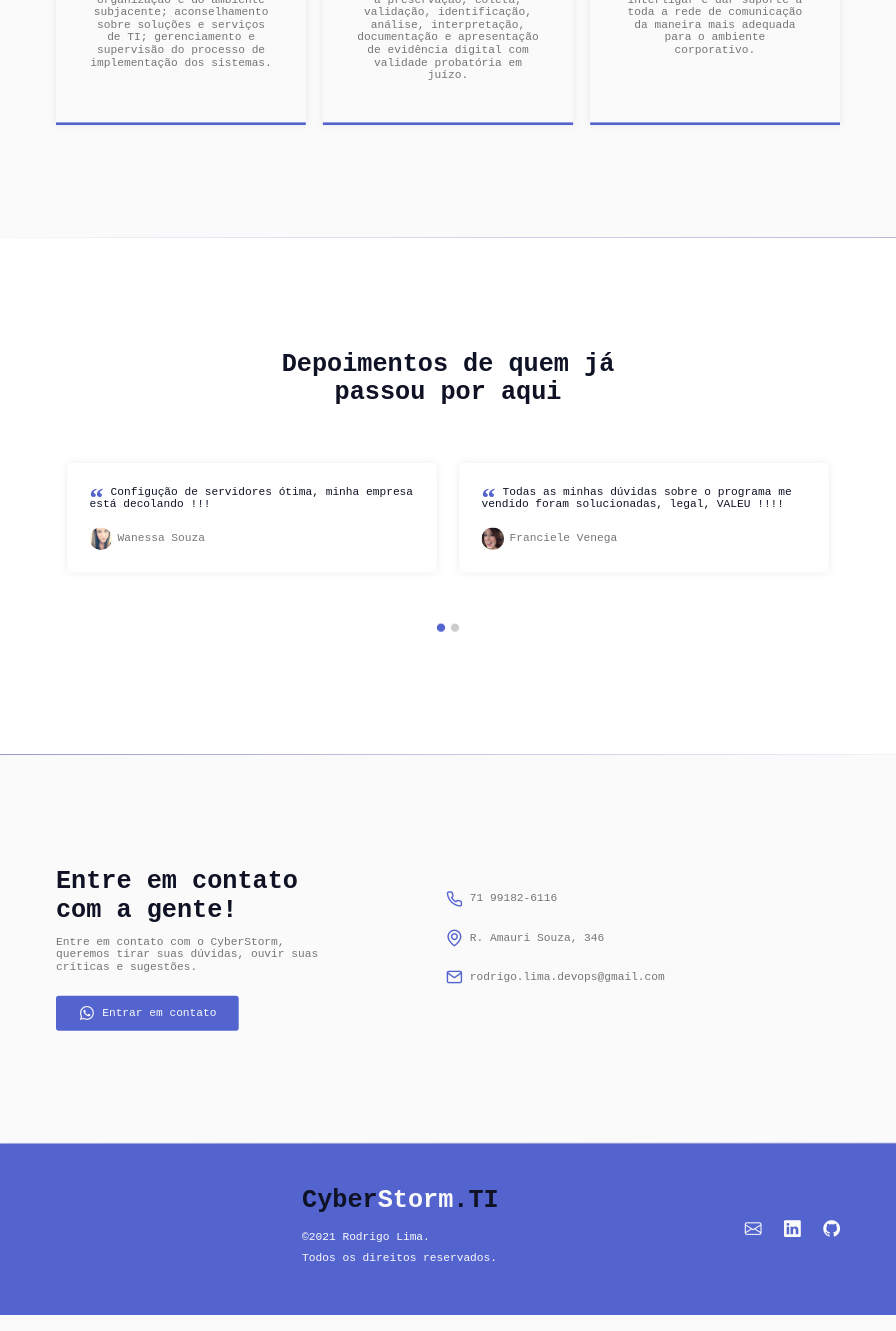
Repository: optydeviocourses/CstiRoot
Page: index.html
The author's editor kept a copy of each file at every save. The page is drawn from the files as they stood at one save, then again after a run of saves.
The browser window is 1280 px wide. The pictures show the part of the page from y = 2032 to 3952 px (the page is 3933 px tall before and 3952 px after), at 70% of full size.
A picture or video elsewhere on the page could not be fetched, so the positions and the page height are approximate. Some web fonts or font styles are not loaded; a fallback is used.

Above is the page before, as saved 2021-07-01 14:06:41.

### index.html
<!DOCTYPE html>
<html lang="pt_BR">
  <head>
    <!-- PAGE INFO -->
    <meta charset="UTF-8" />
    <meta name="viewport" content="width=device-width, initial-scale=1.0" />
    <title>CSTI</title>
    <link rel="shortcut icon" href="cpu.ico">
    <!-- Icones -->
    <link rel="stylesheet" href="assets/fonts/style.css" />
    <link rel="stylesheet" href="path/to/font-awesome/css/font-awesome.min.css">
    <link rel="stylesheet" href="https://cdn.jsdelivr.net/npm/bootstrap-icons@1.5.0/font/bootstrap-icons.css">

    <!-- Swiper -->
    <link
      rel="stylesheet"
      href="https://unpkg.com/swiper/swiper-bundle.min.css"
    />

    <!-- STYLES -->
    <link rel="stylesheet" href="style.css" />

    <!-- Fonts -->
    <link rel="preconnect" href="https://fonts.googleapis.com">
<link rel="preconnect" href="https://fonts.gstatic.com" crossorigin>
<link href="https://fonts.googleapis.com/css2?family=Share+Tech+Mono&display=swap" rel="stylesheet">

    />
  </head>
  <body>
    <header id="header">
      <nav class="container">
        <a class="logo" href="#">Cyber<span>Storm</span>.TI</a>
        <!-- menu -->
        <div class="menu">
          <ul class="grid">
            <li><a class="title" href="#home">Início</a></li>
            <li><a class="title" href="#about">Sobre</a></li>
            <li><a class="title" href="#services">Serviços</a></li>
            <li><a class="title" href="#testimonials">Depoimentos</a></li>
            <li><a class="title" href="#contact">Contato</a></li>
          </ul>
        </div>
        <!-- /menu -->
        <div class="toggle icon-menu"></div>
        <div class="toggle icon-close"></div>
      </nav>
    </header>

    <main>
      <!-- HOME -->
      <section class="section" id="home">
        <div class="container grid">
          <div class="image">
            <img
            src="https://cdn.pixabay.com/photo/2014/05/02/21/50/home-office-336377_960_720.jpg"
            alt="Computador com café, celular e caderninho sobre uma mesa marrom"
            />
          </div>
          <div class="text">
            <h2 class="title">Bem-vindos à era cognitiva</h2>
            <h1>make.believe</h1>
            <p>
              Empresa exclusiva no Rio Grande Do Sul. Especializada em :Consultorias, Pericia, Infraestrutura e outros.
            </p>
            <a class="button" href="https://forms.gle/6sGUk8aHraSSsFTDA">Agendar um horário</a>
          </div>
        </div>
      </section>

      <div class="divider-1"></div>

      <!-- ABOUT -->
      <section class="section" id="about">
        <div class="container grid">
          <div class="image">
            <img
              src="https://cdn.pixabay.com/photo/2015/02/02/11/08/office-620817_960_720.jpg"
              alt="Sobre a empresa"
            />
          </div>
          <div class="text">
            <h2 class="title">Sobre nós</h2>
            <p>
              Em Junho de 2021 a CYber<span>Strom</span> TI iniciou as suas atividades. Pequena e nova no mercado, a conquista dos primeiros clientes se deu através de um atendimento singular personalizado. Neste início, oferecíamos os serviços de Consultoria, Pericia, Infraestrutura e outros serviços. Sempre preocupados com a satisfação de nossos clientes. Os primeiros anos foram de árdua dedicação para construir o website da startup, logo depois uma empresa sólida e diferenciada em um mercado altamente competitivo.
            </p>
           <!-- <br />
            <p>
             Resumo - About us
            </p>
            <br />
            <p>
             Resumo 2 - about us
            </p>
            <br />
            <p>
              Resumo 3 - about us
            </p> -->
          </div>
        </div>
      </section>

      <div class="divider-2"></div>

      <!-- SERVICES -->
      <section class="section" id="services">
        <div class="container grid">
          <header>
            <h2 class="title">Serviços</h2>
            <p class="subtitle">
              Com mais de 10 anos no mercado, o <strong>Cyber<span>Storm</span></strong> já
              conquistou clientes de inúmeros Estados do Brasil com seus serviços
              exclusivos e totalmente profissionais.
            </p>
          </header>
          <div class="cards grid">
            <div class="card">
              <i class="bi-card-text"></i>
              <h3 class="title">Consultoria</h3>
              <p>
                consultoria de TI ajuda as organizações em aspectos como: compreensão e análise dos requisitos de TI da organização e do ambiente subjacente; aconselhamento sobre soluções e serviços de TI; gerenciamento e supervisão do processo de implementação dos sistemas.
              </p>
            </div>
            <div class="card">
              <i class="bi-search"></i>
              <h3 class="title">Pericia</h3>
              <p>
                Computação Forense e Perícia Digital, que consiste basicamente no uso de métodos científicos para a preservação, coleta, validação, identificação, análise, interpretação, documentação e apresentação de evidência digital com validade probatória em juízo.
              </p>
            </div>
            <div class="card">
              <i class="bi-hdd-network"></i>
              <h3 class="title">Infraestrutura</h3>
              <p>
                Instalação planejada e correta do cabeamento e dos equipamentos. Isso é feito com o objetivo de conectar, interligar e dar suporte a toda a rede de comunicação da maneira mais adequada para o ambiente corporativo.
              </p>
            </div>
          </div>
        </div>
      </section>

      <div class="divider-1"></div>

      <!-- TESTIMONIALS -->
      <section class="section" id="testimonials">
        <div class="container">
          <header>
            <h2 class="title">Depoimentos de quem já passou por aqui</h2>
          </header>
          <div class="testimonials swiper-container">
            <div class="swiper-wrapper">
              <div class="testimonial swiper-slide">
                <blockquote>
                  <p>
                    <span>&ldquo;</span>
                    Configução de servidores ótima, minha empresa está decolando !!!
                  </p>
                  <cite>
                    <img
                      src="assets/fotos/10.jpeg"
                      alt="Foto de Wanessa Souza"
                    />
                    Wanessa Souza
                  </cite>
                </blockquote>
              </div>

              <div class="testimonial swiper-slide">
                <blockquote>
                  <p>
                    <span>&ldquo;</span>
                    Todas as minhas dúvidas sobre o programa me vendido foram solucionadas, legal, VALEU !!!!
                  </p>
                  <cite>
                    <img
                      src="assets/fotos/56.jpeg"
                      alt="Foto de Franciele Venega"
                    />
                    Franciele Venega
                  </cite>
                </blockquote>
              </div>

              <div class="testimonial swiper-slide">
                <blockquote>
                  <p>
                    <span>&ldquo;</span>
                    Consegui reculperar meu arquivos que sem quer coloquei na lixeira e deletei. Não sabia que arquivos deletados da lixeira poeria ser reculperado
                  </p>
                  <cite>
                    <img
                      src="assets/fotos/26.jpeg"
                      alt="Fotos de Valeska Fabris"
                    />
                    Valeska Fabris
                  </cite>
                </blockquote>
              </div>
            </div>

            <!-- If we need pagination -->
            <div class="swiper-pagination"></div>
          </div>
        </div>
      </section>

      <div class="divider-2"></div>

      <!-- CONTACT -->
      <section class="section" id="contact">
        <div class="container grid">
          <div class="text">
            <h2 class="title">Entre em contato com a gente!</h2>
            <p>
              Entre em contato com o Cyber<span>Storm</span>, queremos tirar suas dúvidas,
              ouvir suas críticas e sugestões.
            </p>
            <a
              href="https://api.whatsapp.com/send?phone=+5571991826116&text=Oi! Gostaria de agendar um horário"
              class="button"
              target="_blank"
              ><i class="icon-whatsapp"></i> Entrar em contato</a
            >
          </div>

          <div class="links">
            <ul class="grid">
              <li><i class="icon-phone"></i> 71 99182-6116</li>
              <li><i class="icon-map-pin"></i> R. Amauri Souza, 346</li>
              <li><i class="icon-mail"><a href"rodrigo.lima.devops@gmail.com"></i> rodrigo.lima.devops@gmail.com</li><a/>
            </ul>
          </div>
        </div>
      </section>

      <div class="divider-1"></div>
    </main>

    <footer class="section">
      <div class="container grid">
        <div class="brand">
          <a class="logo logo-alt" href="#home">Cyber<span>Storm</span>.TI</a>
          <p>©2021 Rodrigo Lima.</p>
          <p>Todos os direitos reservados.</p>
        </div>

        <div class="social grid">
          <a href="https://mail.google.com/mail/u/0/#inbox" target="_blank">
            <i class="bi bi-envelope"></i>
          </a>
          <a href="www.linkedin.com/in/hrodrick" target="_blank">
            <i class="bi bi-linkedin"></i
          ></a>
          <a href="https://github.com/blogup" target="_blank"
            ><i class="bi bi-github"></i
          ></a>
        </div>
      </div>
    </footer>

    <a href="#home" class="back-to-top"><i class="icon-arrow-up"></i></a>

    <!-- swiper -->
    <script src="https://unpkg.com/swiper/swiper-bundle.min.js"></script>

    <!-- scrollreveal -->
    <script src="https://unpkg.com/scrollreveal"></script>

    <!-- main.js -->
    <script src="main.js"></script>
  </body>
</html>

### style.css
/*====  RESET ============================ */
* {
  margin: 0;
  padding: 0;
  box-sizing: border-box;
}

ul {
  list-style: none;
}

a {
  text-decoration: none;
}

img {
  width: 100%;
  height: auto;
}

/*====  VARIABLES ============================ */
:root {
  --header-height: 4.5rem;

  /* colors */
  --hue: 232;
  /* HSL color mode */
  --base-color: hsl(var(--hue) 56% 57%);
  --base-color-second: hsl(var(--hue) 65% 88%);
  --base-color-alt: hsl(var(--hue) 57% 53%);
  --title-color: hsl(var(--hue) 41% 10%);
  --text-color: hsl(0 0% 46%);
  --text-color-light: hsl(0 0% 98%);
  --body-color: hsl(0 0% 98%);

  /* fonts */
  --title-font-size: 1.875rem;
  --subtitle-font-size: 1rem;

  --title-font: 'Share Tech', monospace;;
  --body-font: 'Share Tech Mono', monospace;;
}

/*===  BASE ============================ */
html {
  scroll-behavior: smooth;
}

body {
  font: 400 1rem var(--body-font);
  color: var(--text-color);
  background: var(--body-color);
  -webkit-font-smoothing: antialiased;
}

.title {
  font: 700 var(--title-font-size) var(--title-font);
  color: var(--title-color);
  -webkit-font-smoothing: auto;
}

.button {
  background-color: var(--base-color);
  color: var(--text-color-light);
  height: 3.5rem;
  display: inline-flex;
  align-items: center;
  padding: 0 2rem;
  border-radius: 0.25rem;
  font: 500 1rem var(--body-font);
  transition: background 0.3s;
}

.button:hover {
  background: var(--base-color-alt);
}

.divider-1 {
  height: 1px;
  background: linear-gradient(
    270deg,
    hsla(var(--hue), 36%, 57%, 1),
    hsla(var(--hue), 65%, 88%, 0.34)
  );
}

.divider-2 {
  height: 1px;
  background: linear-gradient(
    270deg,
    hsla(var(--hue), 65%, 88%, 0.34),
    hsla(var(--hue), 36%, 57%, 1)
  );
}

/*====  LAYOUT ============================ */
.container {
  margin-left: 1.5rem;
  margin-right: 1.5rem;
}

.grid {
  display: grid;
  gap: 2rem;
}

.section {
  padding: calc(5rem + var(--header-height)) 0;
}

.section .title {
  margin-bottom: 1rem;
}

.section .subtitle {
  font-size: var(--subtitle-font-size);
}

.section header {
  margin-bottom: 4rem;
}

.section header strong {
  color: var(--base-color);
}

#header {
  border-bottom: 1px solid #e4e4e4;
  margin-bottom: 2rem;
  display: flex;

  position: fixed;
  top: 0;
  left: 0;
  z-index: 100;
  background-color: var(--body-color);
  width: 100%;
}

#header.scroll {
  box-shadow: 0px 0px 12px rgba(0, 0, 0, 0.15);
}

/*====  LOGO ============================ */
.logo {
  font: 700 1.31rem var(--title-font);
  color: var(--title-color);
}

.logo span {
  color: var(--base-color);
}

.logo-alt span {
  color: var(--body-color);
}

/*====  NAVIGATION ============================ */
nav {
  height: var(--header-height);
  display: flex;
  align-items: center;
  justify-content: space-between;
  width: 100%;
}

nav ul li {
  text-align: center;
}

nav ul li a {
  transition: color 0.2s;
  position: relative;
}

nav ul li a:hover,
nav ul li a.active {
  color: var(--base-color);
}

nav ul li a::after {
  content: '';
  width: 0%;
  height: 2px;
  background: var(--base-color);

  position: absolute;
  left: 0;
  bottom: -1.5rem;

  transition: width 0.2s;
}

nav ul li a:hover::after,
nav ul li a.active::after {
  width: 100%;
}

nav .menu {
  opacity: 0;
  visibility: hidden;
  top: -20rem;
  transition: 0.2s;
}

nav .menu ul {
  display: none;
}

/* Mostrar menu */
nav.show .menu {
  opacity: 1;
  visibility: visible;

  background: var(--body-color);

  height: 100vh;
  width: 100vw;

  position: fixed;
  top: 0;
  left: 0;

  display: grid;
  place-content: center;
}

nav.show .menu ul {
  display: grid;
}

nav.show ul.grid {
  gap: 4rem;
}

/* toggle menu */
.toggle {
  color: var(--base-color);
  font-size: 1.5rem;
  cursor: pointer;
}

nav .icon-close {
  visibility: hidden;
  opacity: 0;

  position: absolute;
  top: -1.5rem;
  right: 1.5rem;

  transition: 0.2s;
}

nav.show div.icon-close {
  visibility: visible;
  opacity: 1;
  top: 1.5rem;
}

/*====  HOME ============================ */
#home {
  overflow: hidden;
}

#home .container {
  margin: 0;
}

#home .image {
  position: relative;
}

#home .image::before {
  content: '';
  height: 100%;
  width: 100%;
  background: var(--base-color-second);
  position: absolute;
  top: -16.8%;
  left: 16.7%;
  z-index: 0;
}

#home .image img {
  position: relative;
  right: 2.93rem;
}

#home .image img,
#home .image::before {
  border-radius: 0.25rem;
}

#home .text {
  margin-left: 1.5rem;
  margin-right: 1.5rem;
  text-align: center;
}

#home .text h1 {
  margin-bottom: 1rem;
}

#home .text p {
  margin-bottom: 2rem;
}

/*====  ABOUT ============================ */
#about {
  background: white;
}

#about .container {
  margin: 0;
}

#about .image {
  position: relative;
}

#about .image::before {
  content: '';
  height: 100%;
  width: 100%;
  background: var(--base-color-second);
  position: absolute;
  top: -8.3%;
  left: -33%;
  z-index: 0;
}

#about .image img {
  position: relative;
}

#about .image img,
#about .image::before {
  border-radius: 0.25rem;
}

#about .text {
  margin-left: 1.5rem;
  margin-right: 1.5rem;
}

/*====  SERVICES ============================ */
.cards.grid {
  gap: 1.5rem;
}

.card {
  padding: 3.625rem 2rem;
  box-shadow: 0px 0px 12px rgba(0, 0, 0, 0.08);
  border-bottom: 0.25rem solid var(--base-color);
  border-radius: 0.25rem 0.25rem 0 0;
  text-align: center;
}

.card i {
  display: block;
  margin-bottom: 1.5rem;
  font-size: 5rem;
  color: var(--base-color);
}

.card .title {
  font-size: 1.5rem;
  margin-bottom: 0.75rem;
}

/*====  TESTIMONIALS ============================ */
#testimonials {
  background: white;
}

#testimonials .container {
  margin-left: 0;
  margin-right: 0;
}

#testimonials header {
  margin-left: 1.5rem;
  margin-right: 1.5rem;
  margin-bottom: 0;
}

#testimonials blockquote {
  padding: 2rem;
  box-shadow: 0px 0px 12px rgba(0, 0, 0, 0.08);
  border-radius: 0.25rem;
}

#testimonials blockquote p {
  position: relative;
  text-indent: 1.875rem;
  margin-bottom: 1.5rem;
  color: var(--title-color);
}

#testimonials blockquote p span {
  font: 700 2.5rem serif;
  position: absolute;
  top: -0.375rem;
  left: -1.875rem;
  color: var(--base-color);
}

#testimonials cite {
  display: flex;
  align-items: center;
  font-style: normal;
}

#testimonials cite img {
  width: 2rem;
  height: 2rem;
  object-fit: cover;
  clip-path: circle();
  margin-right: 0.5rem;
}

/* swiper */
.swiper-slide {
  height: auto;
  padding: 4rem 1rem;
}

.swiper-pagination-bullet {
  width: 0.75rem;
  height: 0.75rem;
}

.swiper-pagination-bullet-active {
  background: var(--base-color);
}

/*====  CONTACT ============================ */
#contact .grid {
  gap: 4rem;
}

#contact .text p {
  margin-bottom: 2rem;
}

#contact .button i,
#contact ul li i {
  font-size: 1.5rem;
  margin-right: 0.625rem;
}

#contact ul.grid {
  gap: 2rem;
}

#contact ul li {
  display: flex;
  align-items: center;
}

#contact ul li i {
  color: var(--base-color);
}

/*====  FOOTER ============================ */
footer {
  background: var(--base-color);
}

footer.section {
  padding: 4rem 0;
}

footer .logo {
  display: inline-block;
  margin-bottom: 1.5rem;
}

footer .brand p {
  color: var(--text-color-light);
  margin-bottom: 0.75rem;
}

footer i {
  font-size: 1.5rem;
  color: var(--text-color-light);
}

footer .social {
  grid-auto-flow: column;
  width: fit-content;
}

footer .social a {
  transition: 0.3s;
  display: inline-block;
}

footer .social a:hover {
  transform: translateY(-8px);
}

/* Back to top */
.back-to-top {
  background: var(--base-color);
  color: var(--text-color-light);
  border:white;

  position: fixed;
  right: 1rem;
  bottom: 1rem;

  padding: 0.5rem;
  clip-path: circle();

  font-size: 1.5rem;
  line-height: 0;

  visibility: hidden;
  opacity: 0;

  transition: 0.3s;
  transform: translateY(100%);
}


.back-to-top.show {
  visibility: visible;
  opacity: 1;
  transform: translateY(0);
}

/*========= MEDIA QUERIES =========*/
/* extra large devices: 1200 > */
@media (min-width: 1200px) {
  /* reusable classes */
  .container {
    max-width: 1120px;
    margin-left: auto;
    margin-right: auto;
  }

  .section {
    padding: 10rem 0;
  }

  .section header,
  #testimonials header {
    max-width: 32rem;
    text-align: center;
    margin-left: auto;
    margin-right: auto;
  }

  .button {
    height: 3.125rem;
  }

  /* navigation */
  nav .menu {
    opacity: 1;
    visibility: visible;
    top: 0;
  }

  nav .menu ul {
    display: flex;
    gap: 2rem;
  }

  nav .menu ul li a.title {
    font: 400 1rem var(--body-font);
    -webkit-font-smoothing: antialiased;
  }

  nav .menu ul li a.title.active {
    font-weight: bold;
    -webkit-font-smoothing: auto;
  }

  nav .icon-menu {
    display: none;
  }

  /* layout */
  main {
    margin-top: var(--header-height);
  }

  /* home */
  #home .container {
    grid-auto-flow: column;
    justify-content: space-between;
    margin: 0 auto;
  }

  #home .image {
    order: 1;
  }

  #home .text {
    order: 0;
    max-width: 24rem;
    text-align: left;
  }

  /* about */
  #about .container {
    margin: 0 auto;
    grid-auto-flow: column;
  }

  /* services */
  .cards {
    grid-template-columns: 1fr 1fr 1fr;
  }

  .card {
    padding-left: 3rem;
    padding-right: 3rem;
  }

  /* testimonials */
  #testimonials .container {
    margin-left: auto;
    margin-right: auto;
  }

  /* contact */
  #contact .container {
    grid-auto-flow: column;
    align-items: center;
  }

  #contact .text {
    max-width: 25rem;
  }

  /* footer */
  footer.section {
    padding: 3.75rem 0;
  }

  footer .container {
    grid-auto-flow: column;
    align-items: center;
    justify-content: space-between;
  }

  footer .logo {
    font-size: 2.25rem;
  }
}
/* large devices: 1023 > */
/* large devices: 992 > */
@media (min-width: 992px) {
  :root {
    --title-font-size: 2.25rem;
    --subtitle-font-size: 1.125rem;
  }
}
/* medium devices: 767 > */

### main.js
/*  abre e fecha o menu quando clicar no icone: hamburguer e x */
const nav = document.querySelector('#header nav')
const toggle = document.querySelectorAll('nav .toggle')

for (const element of toggle) {
  element.addEventListener('click', function () {
    nav.classList.toggle('show')
  })
}

/* quando clicar em um item do menu, esconder o menu */
const links = document.querySelectorAll('nav ul li a')

for (const link of links) {
  link.addEventListener('click', function () {
    nav.classList.remove('show')
  })
}

/* mudar o header da página quando der scroll */
const header = document.querySelector('#header')
const navHeight = header.offsetHeight

function changeHeaderWhenScroll() {
  if (window.scrollY >= navHeight) {
    // scroll é maior que a altura do header
    header.classList.add('scroll')
  } else {
    // menor que a altura do header
    header.classList.remove('scroll')
  }
}

/* Testimonials carousel slider swiper */
const swiper = new Swiper('.swiper-container', {
  slidesPerView: 1,
  pagination: {
    el: '.swiper-pagination'
  },
  mousewheel: true,
  keyboard: true,
  breakpoints: {
    767: {
      slidesPerView: 2,
      setWrapperSize: true
    }
  }
})

/* ScrollReveal: Mostrar elementos quando der scroll na página */
const scrollReveal = ScrollReveal({
  origin: 'top',
  distance: '30px',
  duration: 700,
  reset: true
})

scrollReveal.reveal(
  `#home .image, #home .text,
  #about .image, #about .text,
  #services header, #services .card,
  #testimonials header, #testimonials .testimonials
  #contact .text, #contact .links,
  footer .brand, footer .social
  `,
  { interval: 100 }
)

/* Botão voltar para o topo */
const backToTopButton = document.querySelector('.back-to-top')

function backToTop() {
  if (window.scrollY >= 560) {
    backToTopButton.classList.add('show')
  } else {
    backToTopButton.classList.remove('show')
  }
}

/* Menu ativo conforme a seção visível na página */
const sections = document.querySelectorAll('main section[id]')
function activateMenuAtCurrentSection() {
  const checkpoint = window.pageYOffset + (window.innerHeight / 8) * 4

  for (const section of sections) {
    const sectionTop = section.offsetTop
    const sectionHeight = section.offsetHeight
    const sectionId = section.getAttribute('id')

    const checkpointStart = checkpoint >= sectionTop
    const checkpointEnd = checkpoint <= sectionTop + sectionHeight

    if (checkpointStart && checkpointEnd) {
      document
        .querySelector('nav ul li a[href*=' + sectionId + ']')
        .classList.add('active')
    } else {
      document
        .querySelector('nav ul li a[href*=' + sectionId + ']')
        .classList.remove('active')
    }
  }
}

/* When Scroll */
window.addEventListener('scroll', function () {
  changeHeaderWhenScroll()
  backToTop()
  activateMenuAtCurrentSection()
})

Loaded but not shown: assets/fonts/style.css (common file)

After the next 3 saves:
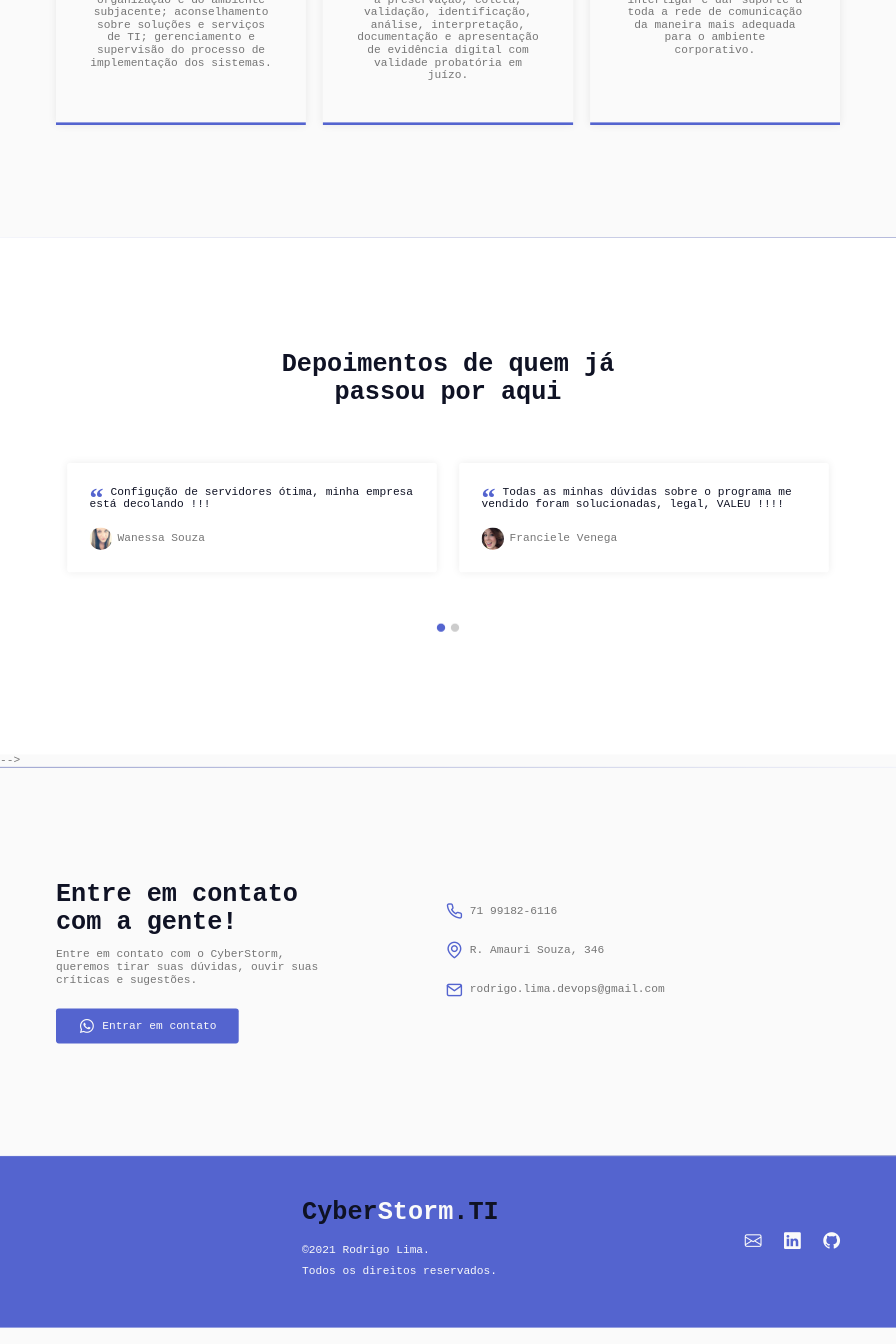
The 3 saves are shown as one change because they came seconds apart.
The last was saved 22 days later.
--- a/index.html
+++ b/index.html
@@ -202,7 +202,7 @@
             <div class="swiper-pagination"></div>
           </div>
         </div>
-      </section>
+      </section> -->
 
       <div class="divider-2"></div>
 
